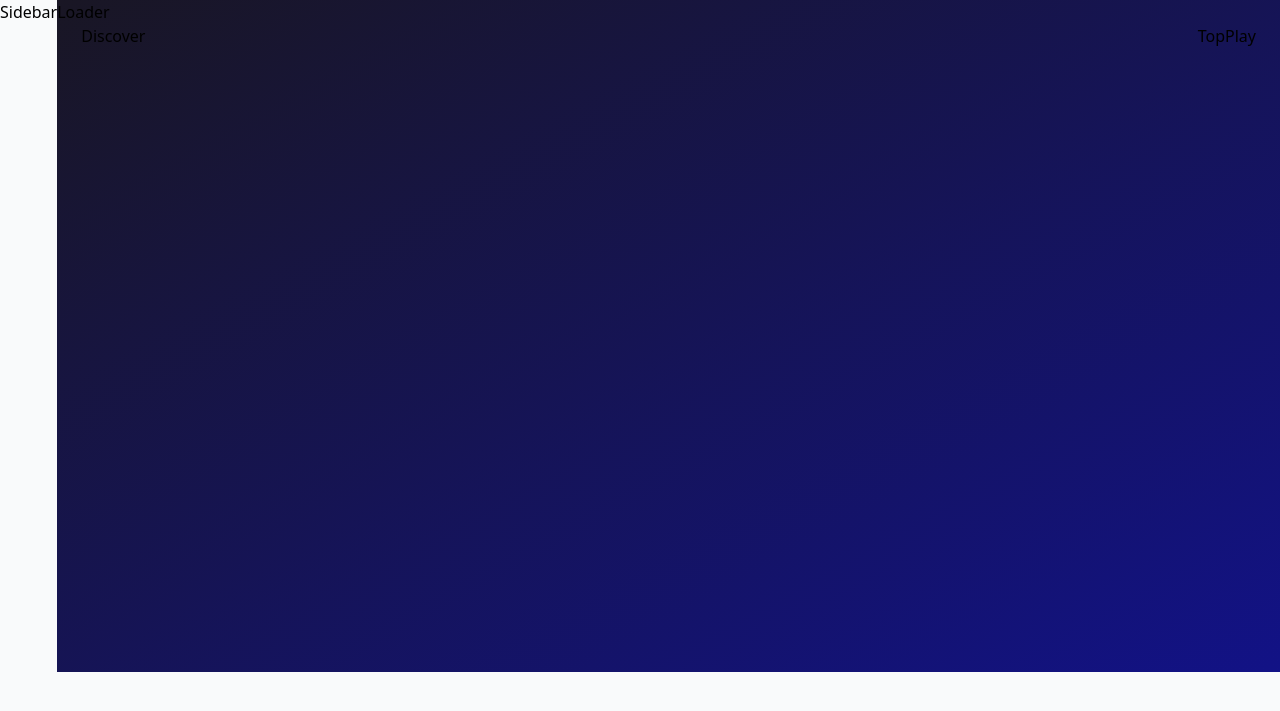
Repository: Chris24T/Dotify
Page: /
The author's editor kept a copy of each file at every save. The page is drawn from the files as they stood at one save, then again after the next save.
The browser window is 1280 px wide. The pictures show the whole page.
The project was rebuilt for these pictures with package versions that can differ from the ones it lists, and the page was loaded fresh each time. Also part of the build but not shown: vite.config.js, src/components/SongCard.jsx, src/components/ArtistCard.jsx, src/components/DetailsHeader.jsx, src/components/PlayPause.jsx, src/components/SongBar.jsx, src/components/RelatedSongs.jsx, src/components/MusicPlayer/Controls.jsx and 13 more.

Above is the page before, as saved 2022-12-03 20:21:33.

### src/redux/features/playerSlice.js
import { createSlice } from '@reduxjs/toolkit';

const initialState = {
  currentSongs: [],
  currentIndex: 0,
  isActive: false,
  isPlaying: false,
  activeSong: {},
  genreListId: '',
};

const playerSlice = createSlice({
  name: 'player',
  initialState,
  reducers: {
    setActiveSong: (state, action) => {
      state.activeSong = action.payload.song;

      if (action.payload?.data?.tracks?.hits) {
        state.currentSongs = action.payload.data.tracks.hits;
      } else if (action.payload?.data?.properties) {
        state.currentSongs = action.payload?.data?.tracks;
      } else {
        state.currentSongs = action.payload.data;
      }

      state.currentIndex = action.payload.i;
      state.isActive = true;
    },

    nextSong: (state, action) => {
      if (state.currentSongs[action.payload]?.track) {
        state.activeSong = state.currentSongs[action.payload]?.track;
      } else {
        state.activeSong = state.currentSongs[action.payload];
      }

      state.currentIndex = action.payload;
      state.isActive = true;
    },

    prevSong: (state, action) => {
      if (state.currentSongs[action.payload]?.track) {
        state.activeSong = state.currentSongs[action.payload]?.track;
      } else {
        state.activeSong = state.currentSongs[action.payload];
      }

      state.currentIndex = action.payload;
      state.isActive = true;
    },

    playPause: (state, action) => {
      state.isPlaying = action.payload;
    },

    selectGenreListId: (state, action) => {
      state.genreListId = action.payload;
    },
  },
});

export const { setActiveSong, nextSong, prevSong, playPause, selectGenreListId } = playerSlice.actions;

export default playerSlice.reducer;

### src/pages/Discover.jsx
import { Error, Loader, SongCard } from '../components';
import { genres } from '../assets/constants';

const Discover = () => <div>Discover</div>;

export default Discover;

### src/assets/constants.js
import { HiOutlineHashtag, HiOutlineHome, HiOutlinePhotograph, HiOutlineUserGroup } from 'react-icons/hi';

export const genres = [
  { title: 'Pop', value: 'POP' },
  { title: 'Hip-Hop', value: 'HIP_HOP_RAP' },
  { title: 'Dance', value: 'DANCE' },
  { title: 'Electronic', value: 'ELECTRONIC' },
  { title: 'Soul', value: 'SOUL_RNB' },
  { title: 'Alternative', value: 'ALTERNATIVE' },
  { title: 'Rock', value: 'ROCK' },
  { title: 'Latin', value: 'LATIN' },
  { title: 'Film', value: 'FILM_TV' },
  { title: 'Country', value: 'COUNTRY' },
  { title: 'Worldwide', value: 'WORLDWIDE' },
  { title: 'Reggae', value: 'REGGAE_DANCE_HALL' },
  { title: 'House', value: 'HOUSE' },
  { title: 'K-Pop', value: 'K_POP' },
];

export const links = [
  { name: 'Discover', to: '/', icon: HiOutlineHome },
  { name: 'Around You', to: '/around-you', icon: HiOutlinePhotograph },
  { name: 'Top Artists', to: '/top-artists', icon: HiOutlineUserGroup },
  { name: 'Top Charts', to: '/top-charts', icon: HiOutlineHashtag },
];

Loaded but not shown: index.html (common file); src/index.jsx (common file); src/index.css (common file); src/App.jsx (common file); src/redux/store.js (common file); src/components/index.js (common file); src/pages/index.js (common file); src/components/Sidebar.jsx (common file); src/components/Searchbar.jsx (common file); src/components/TopPlay.jsx (common file); tailwind.config.js (common file)

After the next save:
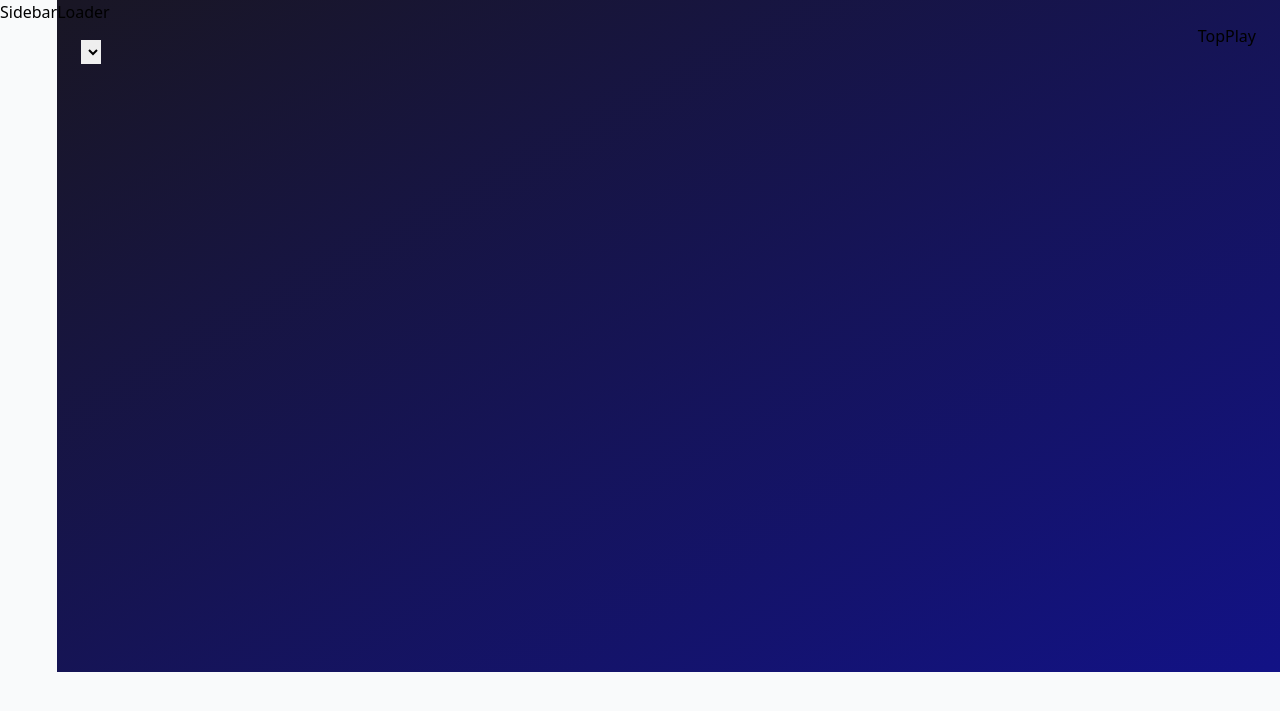
Saved 9 min 23 s later.
--- a/src/pages/Discover.jsx
+++ b/src/pages/Discover.jsx
@@ -1,6 +1,14 @@
 import { Error, Loader, SongCard } from '../components';
 import { genres } from '../assets/constants';
 
-const Discover = () => <div>Discover</div>;
+const Discover = () => {
+  return (
+    <div className="flex flex-row">
+      <div className="w-full flex justify-between items-center sm:flex-row flex-col mt-4 mb-10">
+        <select></select>
+      </div>
+    </div>
+  );
+};
 
 export default Discover;
